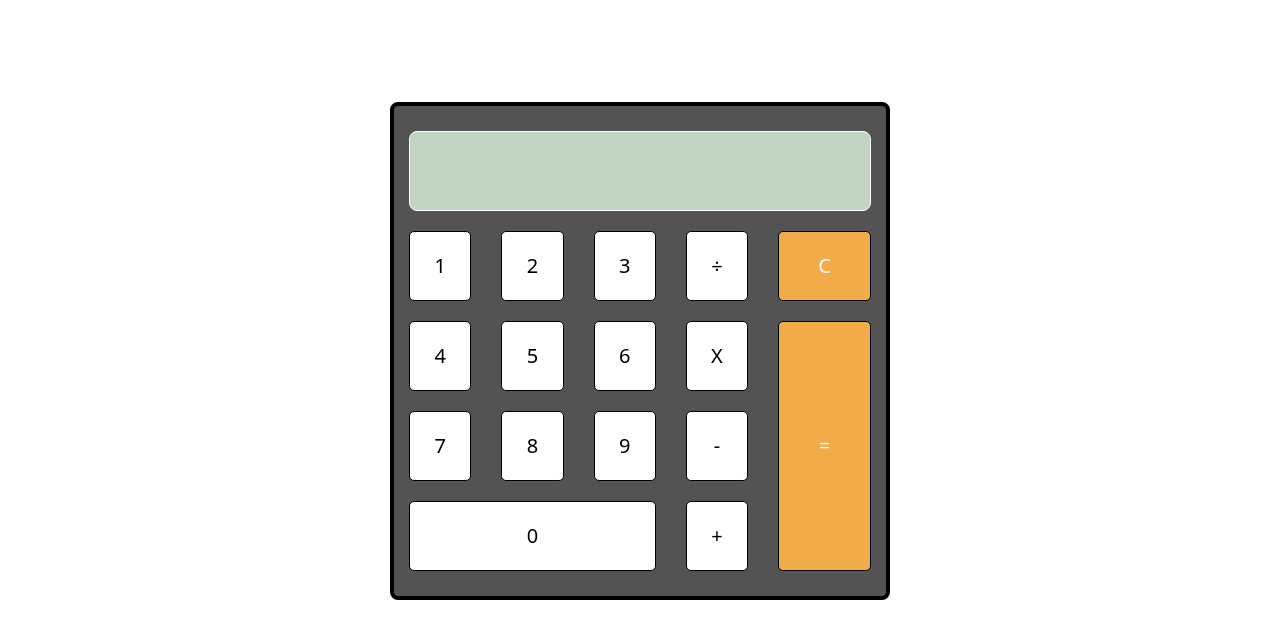
Repository: jsakdalan/CalculatorReactTypescript
Page: /
The author's editor kept a copy of each file at every save. The page is drawn from the files as they stood at one save, then again after the next save.
The browser window is 1280 px wide. The pictures show the whole page.
The project was rebuilt for these pictures with package versions that can differ from the ones it lists, and the page was loaded fresh each time. Also part of the build but not shown: src/App.css.

Above is the page before, as saved 2022-06-07 17:36:25.

### src/App.tsx
import  Calculator from './pages/Calculator';
import './App.css';
import 'bootstrap/dist/css/bootstrap.min.css'

export default function App() {

  return(
    <Calculator/>
  )
}

### src/pages/Calculator.tsx
import React from 'react';
import Col from 'react-bootstrap/Col';
import Container from 'react-bootstrap/Container';
import Row from 'react-bootstrap/Row';
import Button from 'react-bootstrap/Button';
import InputGroup from 'react-bootstrap/InputGroup';
import FormControl from 'react-bootstrap/FormControl';
import './Calculator.css'

export default function TextEditor(){

    interface Screen{
        styling: string;
    }

    interface Buttons {
        styling: string;
        btnNumber: string;
    }

    const Screen = (props:Screen) => {
        return(
            <InputGroup size="lg" className={props.styling}>
                    <FormControl
      aria-label="Default"
      aria-describedby="inputGroup-sizing-default"
    />
            </InputGroup>
        )
    }

    const Buttons = (props:Buttons) => {
        return(
            <Button className={props.styling}>
                {props.btnNumber}
            </Button>
        )
    }

    return(
        <>
            <Container className="container">
                <Row>
                    <Col><Screen styling="screen"/></Col>
                </Row>
                <Row>
                    <Col md={9}>
                        <Row>
                            <Col md={12}>
                                <Row>
                                    <Col md={3}><Buttons styling="numerical" btnNumber="1"/></Col>
                                    <Col md={3}><Buttons styling="numerical" btnNumber="2"/></Col>
                                    <Col md={3}><Buttons styling="numerical" btnNumber="3"/></Col>
                                    <Col md={3}><Buttons styling="operational" btnNumber="&#247;"/></Col>
                                </Row>
                            </Col>
                            <Col md={12}>
                                <Row>
                                    <Col md={3}><Buttons styling="numerical" btnNumber="4"/></Col>
                                    <Col md={3}><Buttons styling="numerical" btnNumber="5"/></Col>
                                    <Col md={3}><Buttons styling="numerical" btnNumber="6"/></Col>
                                    <Col md={3}><Buttons styling="operational" btnNumber="X"/></Col>
                                </Row>
                            </Col>
                            <Col md={12}>
                                <Row>
                                    <Col md={3}><Buttons styling="numerical" btnNumber="7"/></Col>
                                    <Col md={3}><Buttons styling="numerical" btnNumber="8"/></Col>
                                    <Col md={3}><Buttons styling="numerical" btnNumber="9"/></Col>
                                    <Col md={3}><Buttons styling="operational" btnNumber="-"/></Col>
                                </Row>
                            </Col>
                            <Col md={12}>
                                <Row>
                                    <Col md={9}><Buttons styling="numerical" btnNumber="0"/></Col>
                                    <Col md={3}><Buttons styling="numerical" btnNumber="+"/></Col>
                                </Row>
                            </Col>
                        </Row>
                    </Col>
                    <Col>
                        <Row>
                            <Col>
                                <Row>
                                    <Col md={12}><Buttons styling="erase" btnNumber="C"/></Col>
                                    <Col md={12}><Buttons styling="equals" btnNumber="="/></Col>
                                </Row>
                            </Col>
                        </Row>
                    </Col>
                </Row>
            </Container>
        </>
    )
}

### src/pages/Calculator.css
*{
    font-weight: bold;
    font-size: 20px;
    text-align: center;
}

.container{
    margin-top:8%;
    max-width: 500px!important;
    width: 400px;
    display: flex;
    flex-direction: column;
    border: 4px solid black;
    padding: 15px!important;
    border-radius: 8px;
    background-color: #535353;
}

.screen{
    width: 100%;
    padding: 10px;
    margin: 10px 0px 10px 0px;
    background-color: #c3d4c3;
    border-radius: 8px;
    border: 0.5px solid white;
}

.input-group>.form-control{
    position: relative;
    flex: 1 1 auto;
    width: 1%;
    background-color: #c3d4c3;
    min-width: 0;
    border: none;
}

.btn-primary{
    border:0.5px solid black!important;
}

.numerical{
    background-color: #ffffff!important;
    height: 70px;
    color: black!important;
    width: 100%;
    padding: 10px;
    margin: 10px 0px 10px 0px;
    background-color: #eeeeee;
}

.operational{
    background-color: #ffffff!important;
    height: 70px;
    color: black!important;
    width: 100%;
    padding: 10px;
    margin: 10px 0px 10px 0px;
}

.equals{
    background-color: #f1ab48!important;
    height: 250px;
    width: 100%;
    padding: 10px;
    margin: 10px 0px 10px 0px;
}

.erase{
    background-color: #f1ab48!important;
    height: 70px;
    width: 100%;
    padding: 10px;
    margin: 10px 0px 10px 0px;
}

Loaded but not shown: public/index.html (common file); src/index.tsx (common file); src/index.css (common file); src/reportWebVitals.ts (common file)

After the next save:
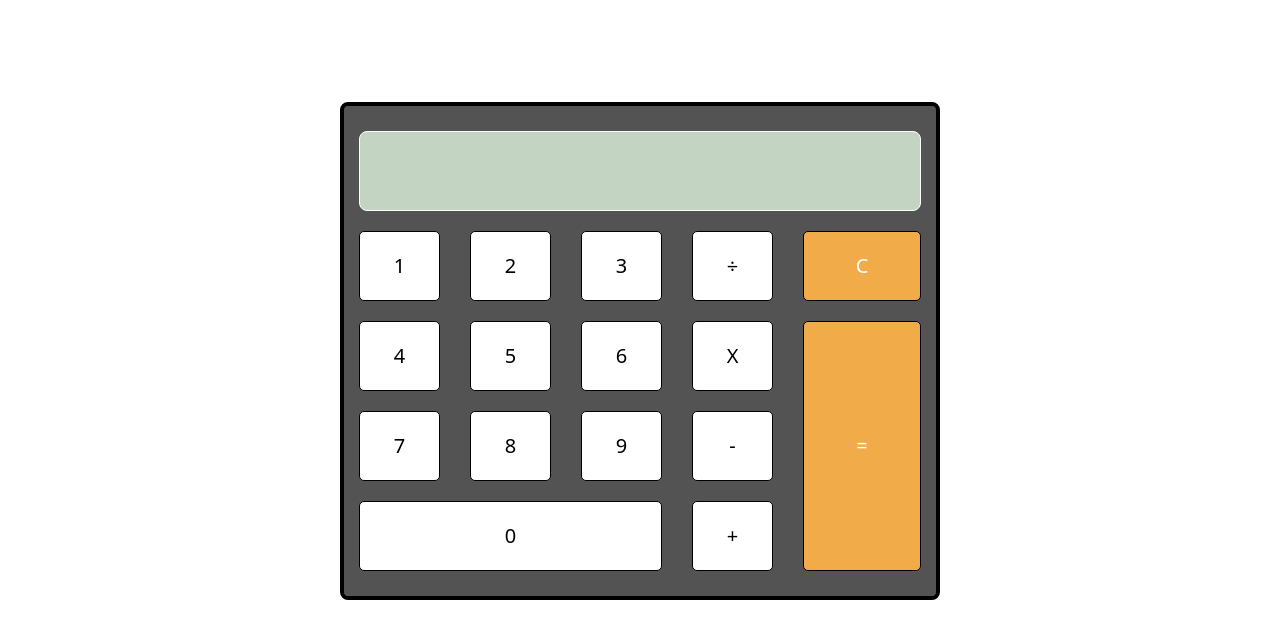
Saved 15 s later.
--- a/src/pages/Calculator.css
+++ b/src/pages/Calculator.css
@@ -6,7 +6,7 @@
 
 .container{
     margin-top:8%;
-    max-width: 500px!important;
+    max-width: 600px!important;
     width: 400px;
     display: flex;
     flex-direction: column;
